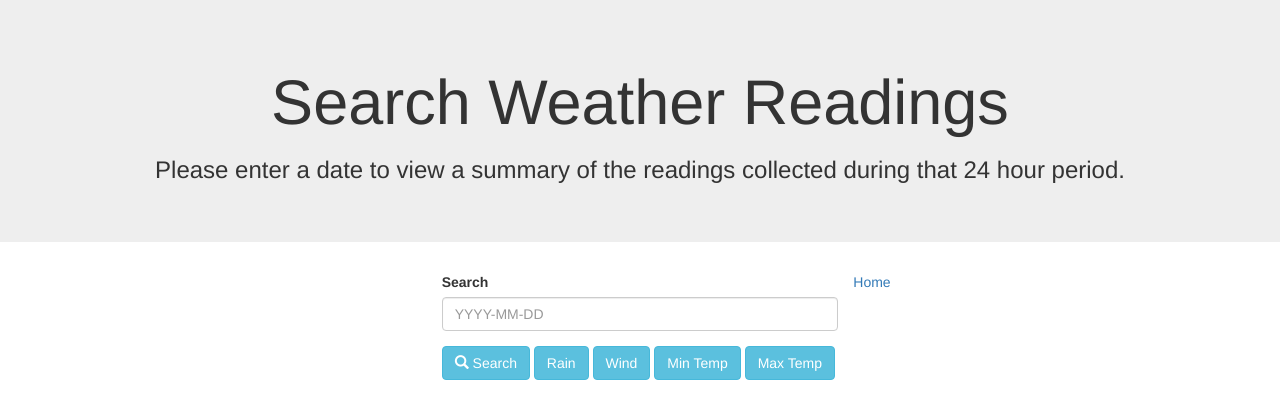
Repository: kralin27/ILC
Page: http://localhost/TESCWeather/WEB-INF/jsp/Search.jsp
These files come from the project's save history. The page is drawn as it stood at one moment and after the next save; the edit follows.
The browser window is 1280 px wide. The pictures show the whole page.
The page is served by Tomcat 9. Nobody is signed in. The template is opened directly, without the code that normally fills it, so the values that code supplies are empty.

Above is the page before, as saved 2016-12-13 00:22:10.

After the next save:
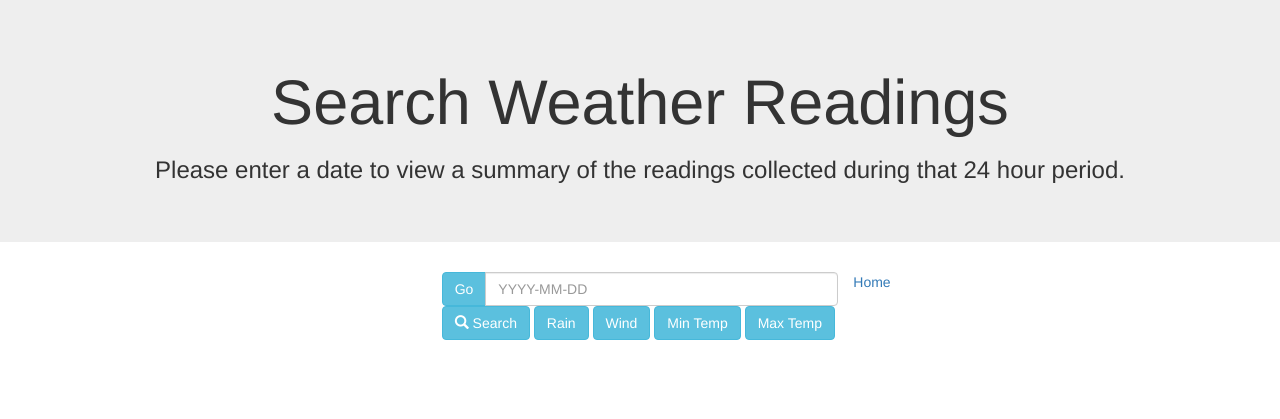
Saved 22 min 48 s later.
--- a/TESCWeather/src/main/webapp/WEB-INF/jsp/Search.jsp
+++ b/TESCWeather/src/main/webapp/WEB-INF/jsp/Search.jsp
@@ -44,10 +44,11 @@
 
 <div class="col-md-4 col-md-offset-4">
           <form>
-          	<div class="form-group">
-          		<label for="inputSearch">Search</label>
-
-          		<input type="search" class="form-control" id=search" placeholder="YYYY-MM-DD">
+          	<div class="input-group">
+          		<span class="input-group-btn">
+          			<button class="btn btn-large btn-info" href="<spring:url value="/Search" />" type="button">Go</button>
+          		</span>
+          		<input type="text" class="form-control" placeholder="YYYY-MM-DD">
 
           	</div>
           	<a href="<spring:url value="/Search" />" class="btn btn-large btn-info">
